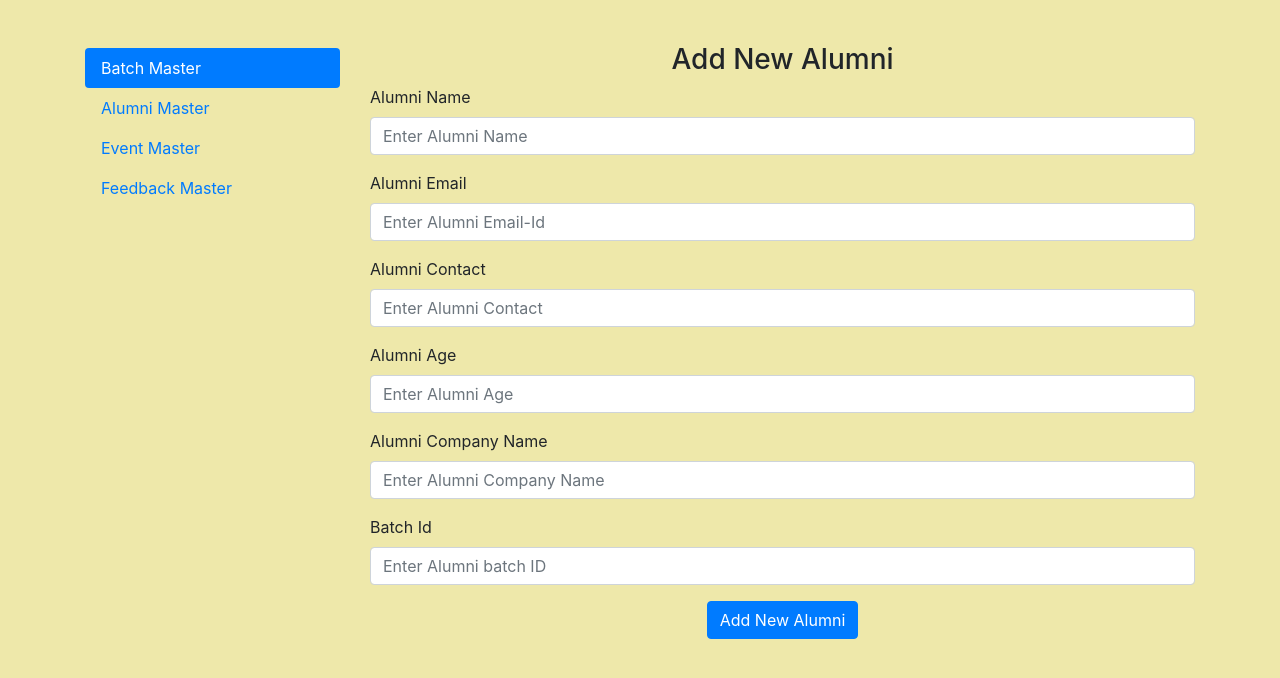
Repository: Shreyash1107/Web_Projects
Page: http://localhost/AlumnieventmanagementApplication/AddAlumni.jsp
These files come from the project's save history. The page is drawn as it stood at one moment and after the next save; the edit follows.
The browser window is 1280 px wide. The pictures show the whole page.
The page is served by Tomcat 9. Nobody is signed in. The application's start-up code is not run.

Above is the page before, as saved 2024-07-31 17:28:56.

After the next save:
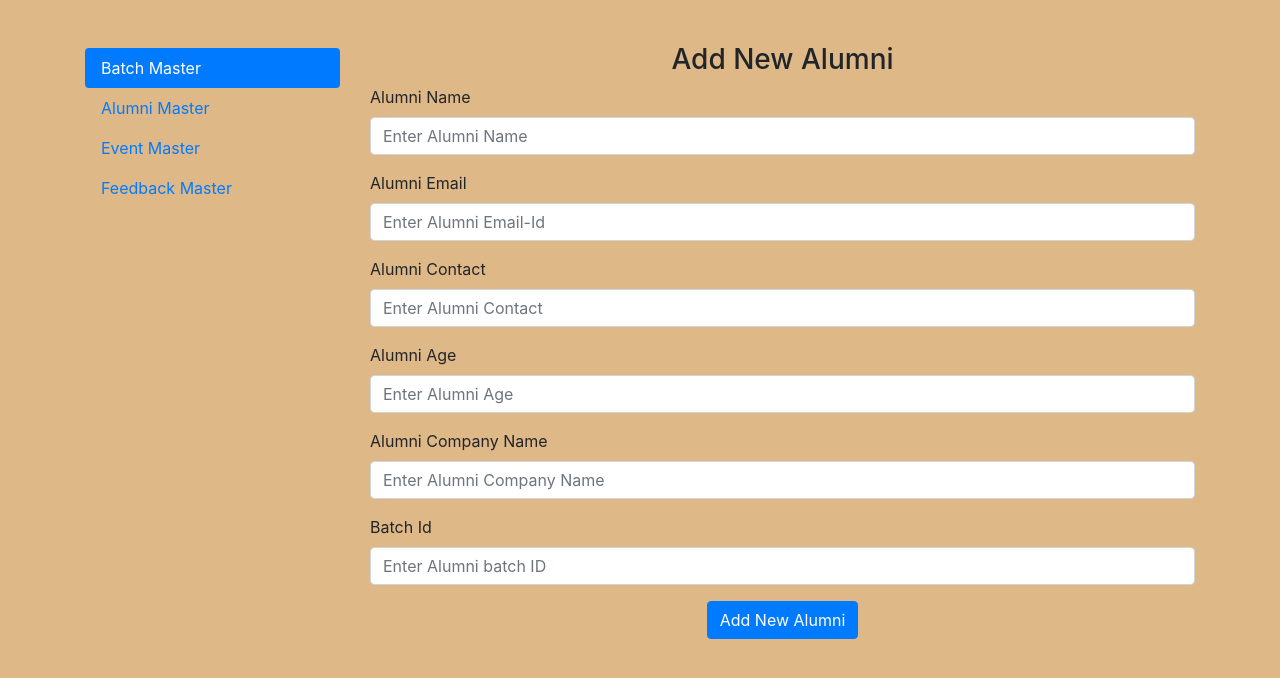
Saved 64 s later.
--- a/AlumnieventmanagementApplication/src/main/webapp/CSS/Addalumni.css
+++ b/AlumnieventmanagementApplication/src/main/webapp/CSS/Addalumni.css
@@ -1,8 +1,7 @@
 @charset "ISO-8859-1";
 body
 {
-	background-color:palegoldenrod;
-	overflow: hidden;
+	background-color:burlywood
 }
 .text-center
 {
